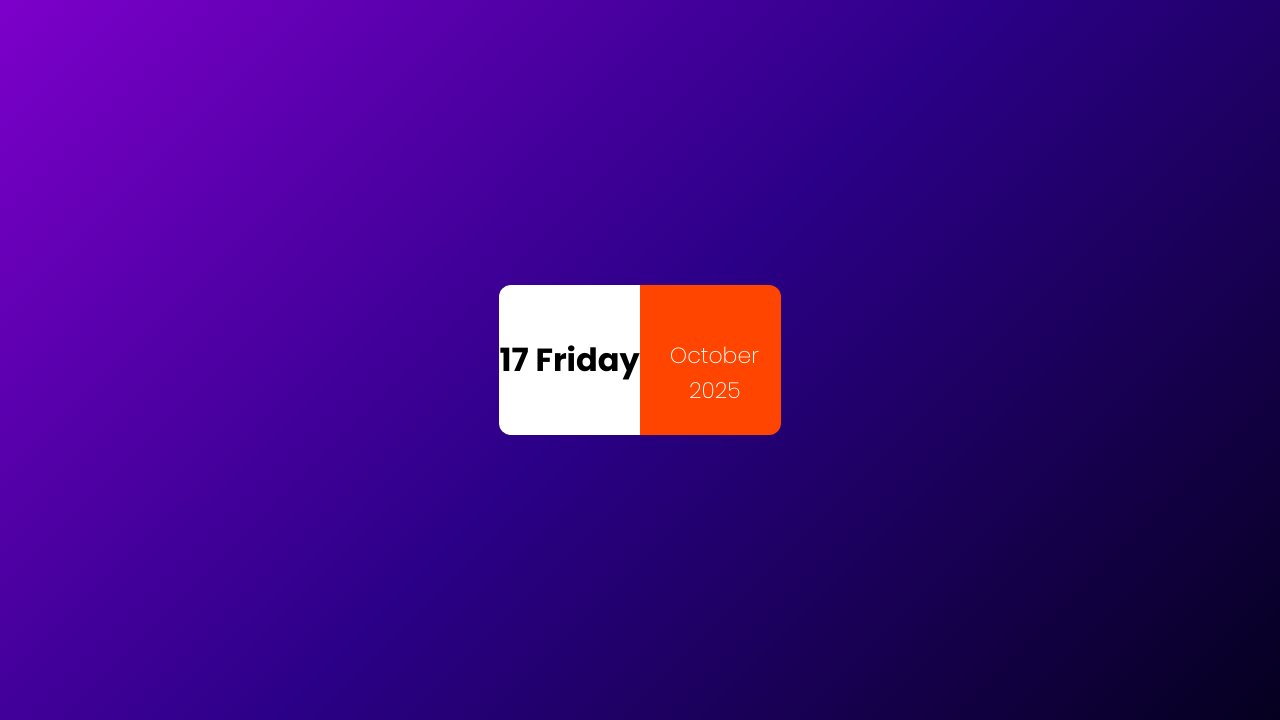
Repository: Ankitkr2021/Calendar
Page: index.html
The author's editor kept a copy of each file at every save. The page is drawn from the files as they stood at one save, then again after the next save.
The browser window is 1280 px wide. The pictures show the whole page.

Above is the page before, as saved 2025-10-17 19:31:52.

### index.html
<!DOCTYPE html>
<html lang="en">
<head>
    <meta charset="UTF-8">
    <meta name="viewport" content="width=device-width, initial-scale=1.0">
    <title>Document</title>
    <link rel="stylesheet" href="./style.css">
</head>
<body>
    <div class="box">
        <div class="date"><h1>17 Friday</h1></div>
        <div class="month">
            <div class="mon">October</div>
            <div class="year">2025</div>
        </div>
    </div>
</body>
</html>

### style.css
@import url('https://fonts.googleapis.com/css2?family=Poppins:wght@100;200;300;400;500;600;700;800;900&display=swap');

*{
    margin: 0;
    padding: 0;
    box-sizing: border-box;
    font-family: "Poppins",sans-serif;
}

.box {
    display: flex;
    align-items: center;
    justify-content: center;
    height: 100vh;
    background: linear-gradient(135deg, #7d00ca, #2b0087 50%, #05001f 100%);
    color: #fff;
}

.date {
    background: #fff;
    color: #000;
    height: 150px;
    display: flex;
    align-items: center;
    justify-content: center;
    border-top-left-radius: 12px;
    border-bottom-left-radius: 12px;
}

.mon {
    /* display: flex;
    align-items: center;
    justify-content: center; */
    position: relative;
    left: 30px;
    top: 5px;
    font-size: 22px;
    font-weight: 200;
    margin-bottom: 20px;
}

.year {
    /* background: #fff; */
    position: relative;
    right: 40px;
    top: 30px;
     font-size: 22px;
    font-weight: 200;
}

.month{
    background: orangered;
    height: 150px;
    display: flex;
    align-items: center;
    justify-content: center;
    border-top-right-radius: 12px;
    border-bottom-right-radius: 12px;

}

After the next save:
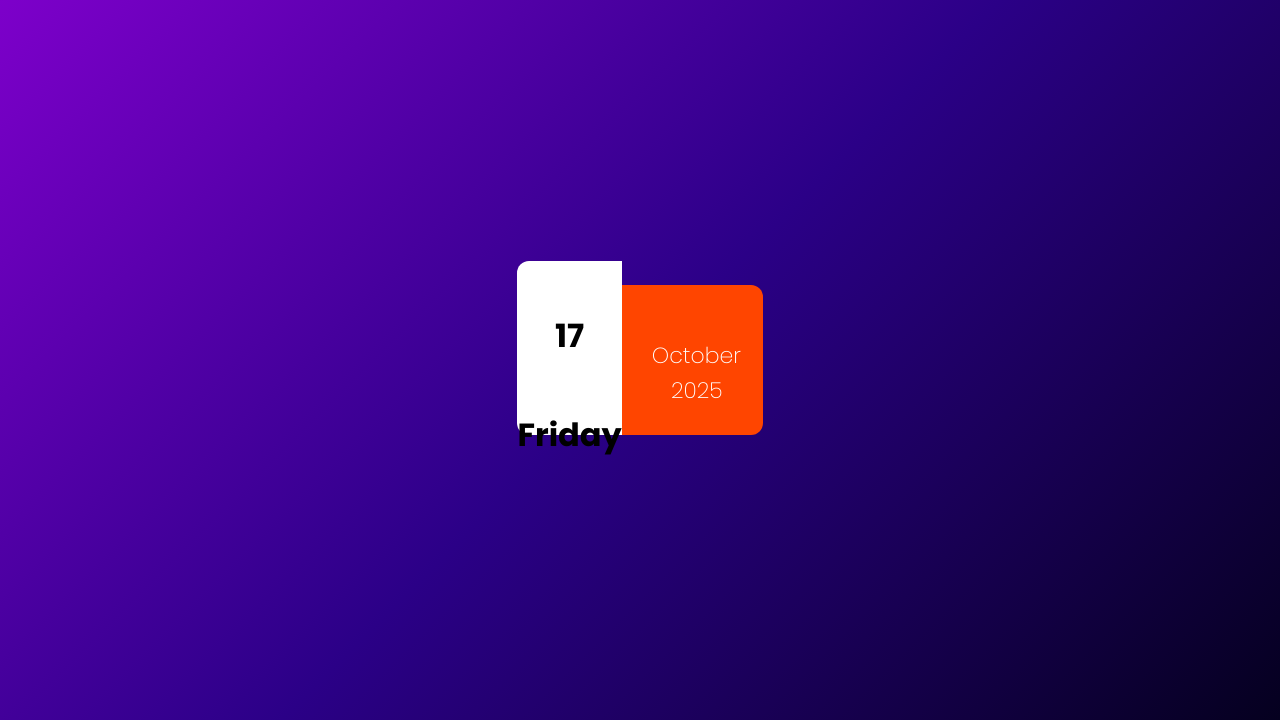
Saved 42 s later.
--- a/index.html
+++ b/index.html
@@ -8,7 +8,12 @@
 </head>
 <body>
     <div class="box">
-        <div class="date"><h1>17 Friday</h1></div>
+        <div class="date">
+            <h1>
+            <div class="date"> 17</div>
+            <div class="day"> Friday</div>
+            </h1>
+        </div>
         <div class="month">
             <div class="mon">October</div>
             <div class="year">2025</div>
